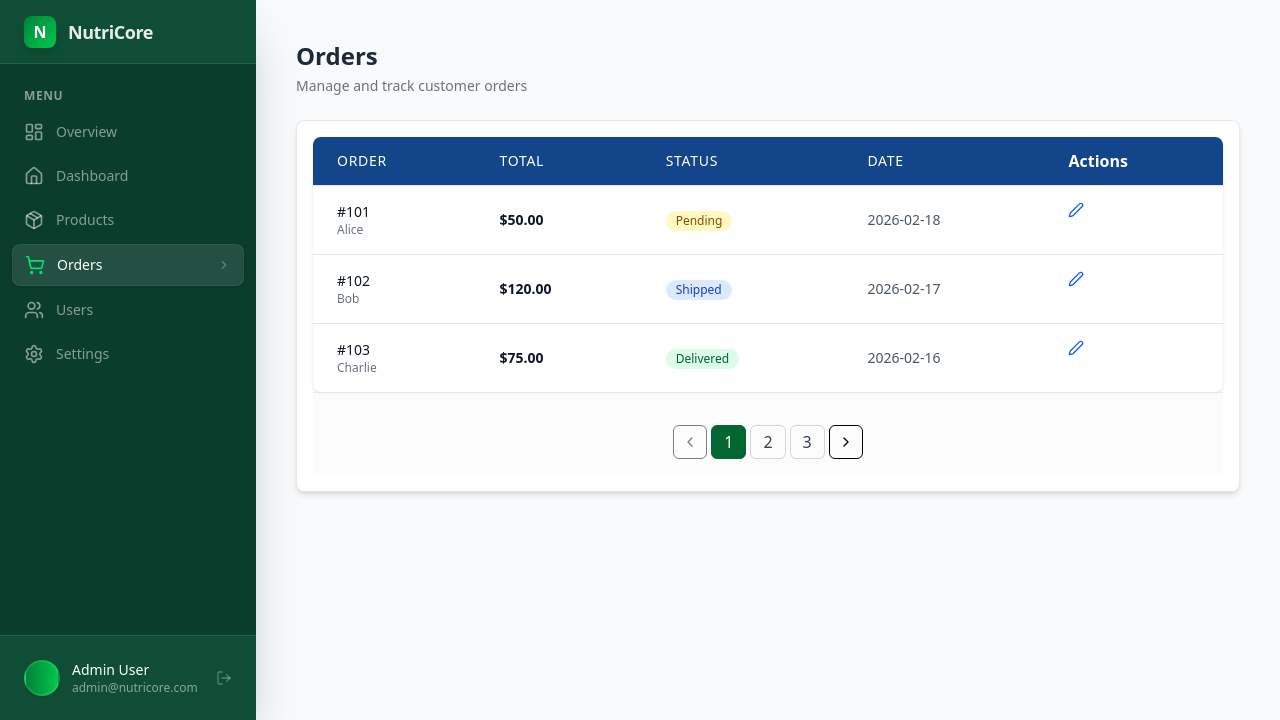
Repository: A-Nawaz512/NutriCore
Page: /admin/dashboard/orders (app in frontend/)
These files come from the project's save history. The page is drawn as it stood at one moment and after the next save; the edit follows.
The browser window is 1280 px wide. The pictures show the whole page.
The project was rebuilt for these pictures with package versions that can differ from the ones it lists, and the page was loaded fresh each time. Also part of the build but not shown: frontend/vite.config.ts, frontend/src/shared/components/ui/Button.tsx, frontend/src/shared/components/ui/Badge.tsx, frontend/src/shared/components/layout/Header.tsx, frontend/src/shared/components/layout/Footer.tsx, frontend/src/shared/components/layout/MainLayout.tsx.

Above is the page before, as saved 2026-02-18 21:22:57.

### frontend/src/main.tsx
import { StrictMode } from 'react'
import { createRoot } from 'react-dom/client'
import './index.css'
import App from './App.tsx'
import {BrowserRouter} from "react-router-dom"

createRoot(document.getElementById('root')!).render(
  <StrictMode>
     <BrowserRouter>
      <App />
    </BrowserRouter>
  </StrictMode>,
)

### frontend/src/App.tsx
import AppRouter from "./app/router/AppRouter"

function App() {
  return <AppRouter />
}

export default App

### frontend/src/app/router/AppRouter.tsx
import { Routes, Route } from "react-router-dom"
import { lazy, Suspense } from "react"

import MainLayout from "../../shared/components/layout/MainLayout"
import AdminLayout from "../../shared/components/layout/AdminLayout"
// import ProtectedRoute from "./ProtectedRoute"
// import AdminRoute from "./AdminRoute"

const HomePage = lazy(() => import("../../features/home/pages/HomePage"))
const AboutPage = lazy(() => import("../../features/about/pages/AboutPage"))
const ProductsPage = lazy(() => import("../../features/products/pages/ProductsPage"))
const ProductDetailsPage = lazy(() => import("../../features/products/pages/ProductDetailsPage"))
const ContactPage = lazy(() => import("../../features/contact/pages/ContactPage"))
const LoginPage = lazy(() => import("../../features/auth/pages/LoginPage"))
const SignupPage = lazy(() => import("../../features/auth/pages/SignupPage"))
const DashboardPage = lazy(() => import("../../features/admin/pages/DashboardPage"))
const ProductsManagement = lazy(() => import("../../features/admin/pages/ProductsManagement"))
const OrdersPage = lazy(() => import("../../features/admin/pages/OrdersPage"))
const OverviewPage = lazy(() => import("../../features/admin/pages/OverviewPage"))
const UsersPage = lazy(() => import("../../features/admin/pages/UsersPage"))
const SettingsPage = lazy(() => import("../../features/admin/pages/SettingsPage"))

const AppRouter = () => {
  return (
    <Suspense fallback={<div>Loading...</div>}>
      <Routes>
        {/* Public Layout */}
        <Route element={<MainLayout />}>
          <Route path="/" element={<HomePage />} />
          <Route path="/about" element={<AboutPage />} />
          <Route path="/products" element={<ProductsPage />} />
          <Route path="/products/:productId" element={<ProductDetailsPage />} />
          <Route path="/contact" element={<ContactPage />} />
        </Route>

        {/* Auth */}
        <Route path="/login" element={<LoginPage />} />
        <Route path="/signup" element={<SignupPage />} />

        {/* Protected Admin */}
        {/* <Route element={<ProtectedRoute />}>
          <Route element={<AdminRoute />}> */}
            <Route element={<AdminLayout />}>
              <Route path="/admin/dashboard" element={<DashboardPage />} />
              <Route path="/admin/dashboard/products" element={<ProductsManagement />} />
              <Route path="/admin/dashboard/orders" element={<OrdersPage />} />
              <Route path="/admin/dashboard/overview" element={<OverviewPage />} />
              <Route path="/admin/dashboard/users" element={<UsersPage />} />
              <Route path="/admin/dashboard/settings" element={<SettingsPage />} />
            </Route>
          {/* </Route>
        </Route> */}
      </Routes>
    </Suspense>
  )
}

export default AppRouter

### frontend/src/shared/components/layout/AdminLayout.tsx
import { FC, useState } from "react"
import { Outlet } from "react-router-dom"
import AdminSidebar from "../../../features/admin/components/AdminSidebar"
import { Menu } from "lucide-react"

const AdminLayout: FC = () => {
  const [sidebarOpen, setSidebarOpen] = useState(false)

  return (
    <div className="min-h-screen bg-gray-50 flex">
      {/* Mobile Overlay */}
      {sidebarOpen && (
        <div
          className="fixed inset-0 bg-black/40 z-40 md:hidden"
          onClick={() => setSidebarOpen(false)}
        />
      )}

      {/* Sidebar */}
      <div
        className={`
          fixed inset-y-0 left-0 z-50 w-64 bg-white border-r border-gray-200
          transform transition-transform duration-300
          ${sidebarOpen ? "translate-x-0" : "-translate-x-full"}
          md:translate-x-0 md:static md:block
        `}
      >
        <AdminSidebar closeSidebar={() => setSidebarOpen(false)} />
      </div>

      {/* Main Content */}
      <div className="flex-1 flex flex-col min-h-screen">
        {/* Mobile Header */}
        <div className="md:hidden flex items-center justify-between px-4 py-3 bg-white border-b border-gray-200 sticky top-0 z-30">
          <button
            onClick={() => setSidebarOpen(true)}
            className="p-2 rounded-lg hover:bg-gray-100 transition"
          >
            <Menu size={20} />
          </button>

          <span className="font-semibold text-gray-800">
            Admin Panel
          </span>

          <div className="w-8" />
        </div>

        {/* Page Content */}
        <main className="flex-1 p-4 md:p-8 lg:p-10 max-w-7xl mx-auto w-full">
          <Outlet />
        </main>
      </div>
    </div>
  )
}

export default AdminLayout

### frontend/src/features/admin/pages/OrdersPage.tsx
import { FC } from "react"
import Table from "../../../shared/components/ui/Table"
import Card from "../../../shared/components/ui/Card"
import Pagination from "../../../shared/components/ui/Pagination"

const OrdersPage: FC = () => {
  const orders = [
    { id: 101, user: "Alice", total: 50, status: "Pending", date: "2026-02-18" },
    { id: 102, user: "Bob", total: 120, status: "Shipped", date: "2026-02-17" },
    { id: 103, user: "Charlie", total: 75, status: "Delivered", date: "2026-02-16" },
  ]

  // Updated badge colors like Products table (100 / 800 scale)
  const statusColor = (status: string) => {
    switch (status) {
      case "Pending":
        return "bg-yellow-100 text-yellow-800"
      case "Shipped":
        return "bg-blue-100 text-blue-800"
      case "Delivered":
        return "bg-green-100 text-green-800"
      default:
        return "bg-gray-100 text-gray-700"
    }
  }

  const columns = [
    {
      header: "Order",
      accessor: "id",
      render: (id: number, row: any) => (
        <div className="flex flex-col">
          <span className="font-medium text-gray-900">
            #{id}
          </span>
          <span className="text-xs text-gray-500">
            {row.user}
          </span>
        </div>
      ),
    },
    {
      header: "Total",
      accessor: "total",
      render: (total: number) => (
        <span className="font-semibold text-gray-900">
          ${total.toFixed(2)}
        </span>
      ),
    },
    {
      header: "Status",
      accessor: "status",
      render: (status: string) => (
        <span
          className={`inline-flex items-center px-2.5 py-0.5 rounded-full text-xs font-medium ${statusColor(
            status
          )}`}
        >
          {status}
        </span>
      ),
    },
    {
      header: "Date",
      accessor: "date",
      render: (date: string) => (
        <span className="text-sm text-gray-600">
          {date}
        </span>
      ),
    },
  ]

  const handleView = (order: any) => {
    console.log("View order:", order)
  }

  return (
    <div className="space-y-6">
      {/* Header */}
      <div>
        <h1 className="text-2xl font-bold text-gray-800">Orders</h1>
        <p className="text-gray-500 text-sm mt-1">
          Manage and track customer orders
        </p>
      </div>

      <Card className="p-0 border border-gray-200">
        {/* Desktop Table */}
        <div className="hidden md:block">
          <Table columns={columns} data={orders} onEdit={handleView} />
        </div>

        {/* Mobile Cards */}
        <div className="md:hidden divide-y divide-gray-200">
          {orders.map((order) => (
            <div key={order.id} className="p-4 space-y-3">
              <div className="flex justify-between items-start">
                <div>
                  <h3 className="font-semibold text-gray-900 text-sm">
                    Order #{order.id}
                  </h3>
                  <p className="text-xs text-gray-500">{order.user}</p>
                </div>

                <span
                  className={`inline-flex items-center px-2 py-0.5 rounded-full text-xs font-medium ${statusColor(
                    order.status
                  )}`}
                >
                  {order.status}
                </span>
              </div>

              <div className="flex justify-between text-sm text-gray-600">
                <span className="font-medium">
                  ${order.total.toFixed(2)}
                </span>
                <span>{order.date}</span>
              </div>

              <button
                onClick={() => handleView(order)}
                className="w-full text-xs py-2 rounded-lg border border-gray-200 hover:bg-gray-50 transition"
              >
                View Order
              </button>
            </div>
          ))}
        </div>

        {/* Pagination */}
        <div className="p-4 border-t border-gray-200 bg-gray-50/50">
          <Pagination
            currentPage={1}
            totalPages={3}
            onPageChange={(page) => console.log("Change page:", page)}
          />
        </div>
      </Card>
    </div>
  )
}

export default OrdersPage

### frontend/src/features/admin/components/AdminSidebar.tsx
import { FC, useState } from "react"
import { NavLink, useLocation } from "react-router-dom"
import {
  Home,
  Package,
  Users,
  Settings,
  ShoppingCart,
  LayoutDashboard,
  Menu,
  X,
  LogOut,
  ChevronRight
} from "lucide-react"

const menu = [
  { name: "Overview", icon: LayoutDashboard, path: "/admin/dashboard/overview" },
  { name: "Dashboard", icon: Home, path: "/admin/dashboard" },
  { name: "Products", icon: Package, path: "/admin/dashboard/products" },
  { name: "Orders", icon: ShoppingCart, path: "/admin/dashboard/orders" },
  { name: "Users", icon: Users, path: "/admin/dashboard/users" },
  { name: "Settings", icon: Settings, path: "/admin/dashboard/settings" },
]

const AdminSidebar: FC = () => {
  const [mobileOpen, setMobileOpen] = useState(false)
  const location = useLocation()

  const SidebarContent = () => (
    <aside className="w-64 bg-[#0b3d2d] text-white h-full flex flex-col shadow-2xl">
      {/* Brand Header */}
      <div className="h-16 flex items-center px-6 border-b border-white/10 bg-[#0f4d36]">
        <div className="flex items-center gap-3">
          <div className="w-8 h-8 rounded-lg bg-gradient-to-br from-green-700 to-green-500 flex items-center justify-center shadow-lg">
            <span className="font-bold text-white leading-none">N</span>
          </div>
          <span className="text-lg font-bold tracking-tight text-white/90">NutriCore</span>
        </div>
        <button
          className="md:hidden ml-auto text-white/70 hover:text-white transition-colors"
          onClick={() => setMobileOpen(false)}
        >
          <X size={20} />
        </button>
      </div>

      {/* Navigation */}
      <nav className="flex-1 py-6 px-3 space-y-1 overflow-y-auto custom-scrollbar">
        <p className="px-3 text-xs font-semibold text-white/50 uppercase tracking-wider mb-2">Menu</p>

        {menu.map(item => {
          const isActive = location.pathname === item.path
          return (
            <NavLink
              key={item.name}
              to={item.path}
              end={item.path === "/admin/dashboard"}
              onClick={() => setMobileOpen(false)}
              className={({ isActive }) =>
                `group flex items-center justify-between px-3 py-2.5 rounded-lg transition-all duration-200 text-sm font-medium ${isActive
                  ? "bg-white/10 text-white shadow-sm border border-white/5"
                  : "text-white/50 hover:bg-white/5 hover:text-white/90"
                }`
              }
            >
              <div className="flex items-center gap-3">
                <item.icon
                  className={`w-5 h-5 transition-colors ${isActive ? "text-green-400" : "text-white/50 group-hover:text-white/80"
                    }`}
                />
                {item.name}
              </div>
              {isActive && <ChevronRight size={14} className="text-white/30" />}
            </NavLink>
          )
        })}
      </nav>

      {/* Footer / User Profile */}
      <div className="p-4 border-t border-white/10 bg-[#0f4d36]">
        <div className="flex items-center gap-3 p-2 rounded-lg hover:bg-white/5 transition-colors cursor-pointer group">
          <div className="w-9 h-9 rounded-full bg-gradient-to-r from-green-700 to-green-500 border-2 border-white/10 shadow-sm" />
          <div className="flex-1 min-w-0">
            <p className="text-sm font-medium text-white truncate">Admin User</p>
            <p className="text-xs text-white/50 truncate">admin@nutricore.com</p>
          </div>
          <LogOut size={16} className="text-white/30 group-hover:text-white/70 transition-colors" />
        </div>
      </div>
    </aside>

  )

  return (
    <>
      {/* Mobile Toggle Button */}
      <button
        className="md:hidden fixed top-4 left-4 z-50 bg-[#13458A] text-white p-2.5 rounded-lg shadow-lg hover:bg-[#0f366e] transition-colors"
        onClick={() => setMobileOpen(true)}
      >
        <Menu size={20} />
      </button>

      {/* Mobile Overlay */}
      {mobileOpen && (
        <div
          className="md:hidden fixed inset-0 bg-black/60 backdrop-blur-sm z-40 transition-opacity duration-300"
          onClick={() => setMobileOpen(false)}
        />
      )}

      {/* Mobile Sidebar (Drawer) */}
      <div
        className={`md:hidden fixed top-0 left-0 z-50 h-full w-64 shadow-2xl transition-transform duration-300 ease-out ${mobileOpen ? "translate-x-0" : "-translate-x-full"
          }`}
      >
        <SidebarContent />
      </div>

      {/* Desktop Sidebar (Fixed) */}
      <div className="hidden md:block fixed inset-y-0 left-0 z-30 w-64">
        <SidebarContent />
      </div>
    </>
  )
}

export default AdminSidebar

### frontend/src/shared/components/ui/Pagination.tsx
import { FC } from "react"
import clsx from "clsx"
import { ChevronLeft, ChevronRight } from "lucide-react"

interface PaginationProps {
  currentPage: number
  totalPages: number
  onPageChange: (page: number) => void
  siblingCount?: number // number of pages to show around current
}

const Pagination: FC<PaginationProps> = ({
  currentPage,
  totalPages,
  onPageChange,
  siblingCount = 1,
}) => {
  if (totalPages === 0) return null

  const generatePages = () => {
    const pages: (number | "...")[] = []

    const startPage = Math.max(2, currentPage - siblingCount)
    const endPage = Math.min(totalPages - 1, currentPage + siblingCount)

    // Always show first page
    pages.push(1)

    // Left ellipsis
    if (startPage > 2) {
      pages.push("...")
    }

    // Middle pages
    for (let i = startPage; i <= endPage; i++) {
      pages.push(i)
    }

    // Right ellipsis
    if (endPage < totalPages - 1) {
      pages.push("...")
    }

    // Always show last page if totalPages > 1
    if (totalPages > 1) pages.push(totalPages)

    return pages
  }

  const pages = generatePages()

  return (
    <div className="flex items-center space-x-1 mt-4 justify-center">
      {/* Previous Button */}
      <button
        onClick={() => onPageChange(currentPage - 1)}
        disabled={currentPage === 1}
        className={clsx(
          "p-2 rounded-md border hover:bg-gray-100 disabled:opacity-50 disabled:cursor-not-allowed",
        )}
      >
        <ChevronLeft size={16} />
      </button>

      {/* Page Numbers */}
      {pages.map((page, idx) =>
        page === "..." ? (
          <span key={idx} className="px-2 text-gray-500">
            ...
          </span>
        ) : (
          <button
            key={idx}
            onClick={() => onPageChange(page as number)}
            className={clsx(
              "px-3 py-1 rounded-md border transition",
              page === currentPage
                ? "bg-green-800 text-white border-green-800"
                : "hover:bg-gray-100 border-gray-300 text-gray-700"
            )}
          >
            {page}
          </button>
        )
      )}

      {/* Next Button */}
      <button
        onClick={() => onPageChange(currentPage + 1)}
        disabled={currentPage === totalPages}
        className={clsx(
          "p-2 rounded-md border hover:bg-gray-100 disabled:opacity-50 disabled:cursor-not-allowed"
        )}
      >
        <ChevronRight size={16} />
      </button>
    </div>
  )
}

export default Pagination

### frontend/src/shared/components/ui/Card.tsx
import { FC, ReactNode } from "react"
import clsx from "clsx"

interface CardProps {
  children: ReactNode
  className?: string
}

const Card: FC<CardProps> = ({ children, className }) => {
  return (
    <div className={clsx("bg-white shadow-md rounded-lg p-4 transition hover:shadow-lg", className)}>
      {children}
    </div>
  )
}

export default Card

### frontend/src/shared/components/ui/Table.tsx
import { FC, ReactNode } from "react"
import { Edit2, Trash2 } from "lucide-react"

interface Column {
  header: string
  accessor: string // key in row object
  render?: (value: any, row: any) => ReactNode // optional custom render
  sortable?: boolean
}

interface TableProps {
  columns: Column[]
  data: any[]
  onEdit?: (row: any) => void
  onDelete?: (row: any) => void
}

const Table: FC<TableProps> = ({ columns, data, onEdit, onDelete }) => {
  return (
    <div className="overflow-x-auto w-full bg-white shadow-sm rounded-lg">
      <table className="min-w-full divide-y divide-gray-200">
        <thead className="bg-[#13458A] text-white">
          <tr>
            {columns.map((col) => (
              <th
                key={col.accessor}
                scope="col"
                className="px-6 py-3 text-left text-sm font-medium uppercase tracking-wider"
              >
                <div className="flex items-center gap-2">
                  {col.header}
                  {col.sortable && <span className="text-xs">⬍</span>}
                </div>
              </th>
            ))}
            {(onEdit || onDelete) && <th className="px-6 py-3 text-left">Actions</th>}
          </tr>
        </thead>
        <tbody className="divide-y divide-gray-200">
          {data.length === 0 && (
            <tr>
              <td colSpan={columns.length + (onEdit || onDelete ? 1 : 0)} className="px-6 py-4 text-center text-gray-500">
                No data available
              </td>
            </tr>
          )}
          {data.map((row, idx) => (
            <tr key={idx} className="hover:bg-gray-50">
              {columns.map((col) => (
                <td key={col.accessor} className="px-6 py-4 text-sm text-gray-700">
                  {col.render ? col.render(row[col.accessor], row) : row[col.accessor]}
                </td>
              ))}
              {(onEdit || onDelete) && (
                <td className="px-6 py-4 flex gap-2">
                  {onEdit && <button onClick={() => onEdit(row)} className="text-blue-600 hover:text-blue-800"><Edit2 size={16} /></button>}
                  {onDelete && <button onClick={() => onDelete(row)} className="text-red-600 hover:text-red-800"><Trash2 size={16} /></button>}
                </td>
              )}
            </tr>
          ))}
        </tbody>
      </table>
    </div>
  )
}

export default Table

Loaded but not shown: frontend/index.html (common file); frontend/src/index.css (common file)

After the next save:
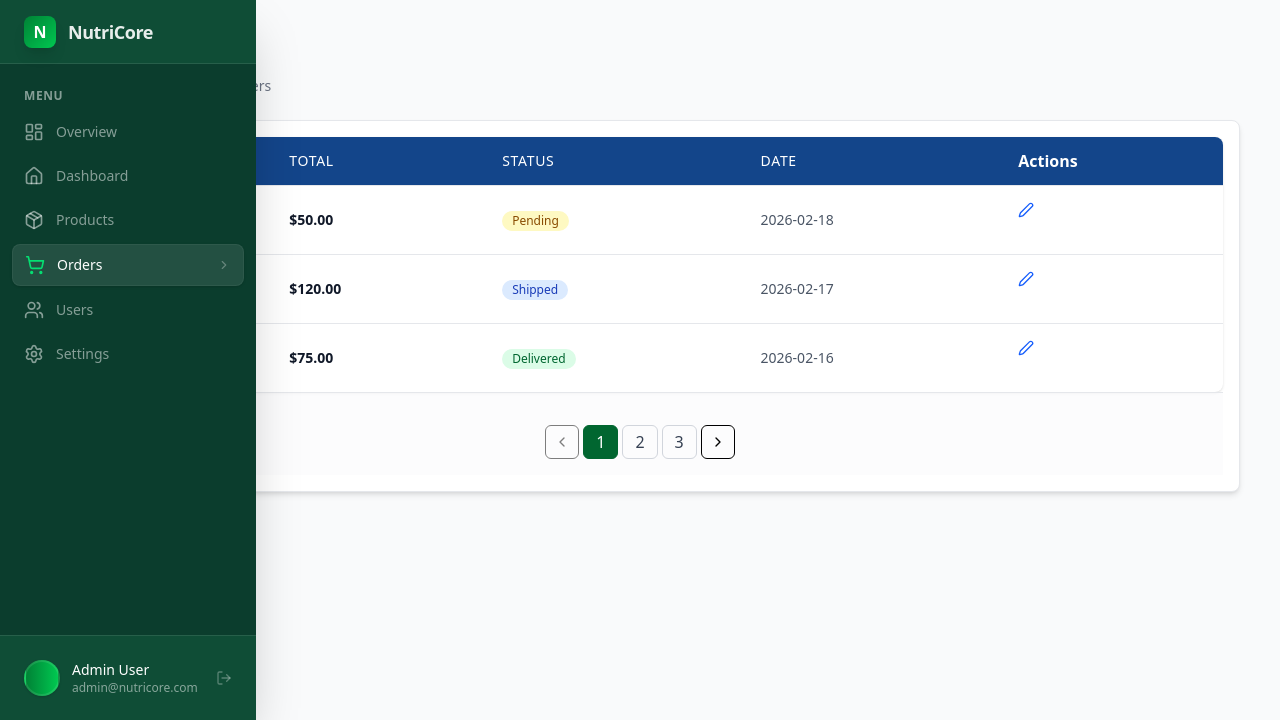
Saved 80 s later.
--- a/frontend/src/shared/components/layout/AdminLayout.tsx
+++ b/frontend/src/shared/components/layout/AdminLayout.tsx
@@ -7,31 +7,17 @@ const AdminLayout: FC = () => {
   const [sidebarOpen, setSidebarOpen] = useState(false)
 
   return (
-    <div className="min-h-screen bg-gray-50 flex">
-      {/* Mobile Overlay */}
-      {sidebarOpen && (
-        <div
-          className="fixed inset-0 bg-black/40 z-40 md:hidden"
-          onClick={() => setSidebarOpen(false)}
-        />
-      )}
+    <div className="flex min-h-screen bg-gray-50">
+      {/* Sidebar */}
+      <AdminSidebar
+        isOpen={sidebarOpen}
+        closeSidebar={() => setSidebarOpen(false)}
+      />
 
-      {/* Sidebar */}
-      <div
-        className={`
-          fixed inset-y-0 left-0 z-50 w-64 bg-white border-r border-gray-200
-          transform transition-transform duration-300
-          ${sidebarOpen ? "translate-x-0" : "-translate-x-full"}
-          md:translate-x-0 md:static md:block
-        `}
-      >
-        <AdminSidebar closeSidebar={() => setSidebarOpen(false)} />
-      </div>
-
-      {/* Main Content */}
+      {/* Main content */}
       <div className="flex-1 flex flex-col min-h-screen">
-        {/* Mobile Header */}
-        <div className="md:hidden flex items-center justify-between px-4 py-3 bg-white border-b border-gray-200 sticky top-0 z-30">
+        {/* Mobile Top Bar */}
+        <header className="md:hidden flex items-center justify-between bg-white border-b border-gray-200 px-4 py-3 sticky top-0 z-20">
           <button
             onClick={() => setSidebarOpen(true)}
             className="p-2 rounded-lg hover:bg-gray-100 transition"
@@ -39,12 +25,12 @@ const AdminLayout: FC = () => {
             <Menu size={20} />
           </button>
 
-          <span className="font-semibold text-gray-800">
+          <span className="font-semibold text-gray-800 text-sm">
             Admin Panel
           </span>
 
-          <div className="w-8" />
-        </div>
+          <div className="w-6" /> {/* Spacer */}
+        </header>
 
         {/* Page Content */}
         <main className="flex-1 p-4 md:p-8 lg:p-10 max-w-7xl mx-auto w-full">
